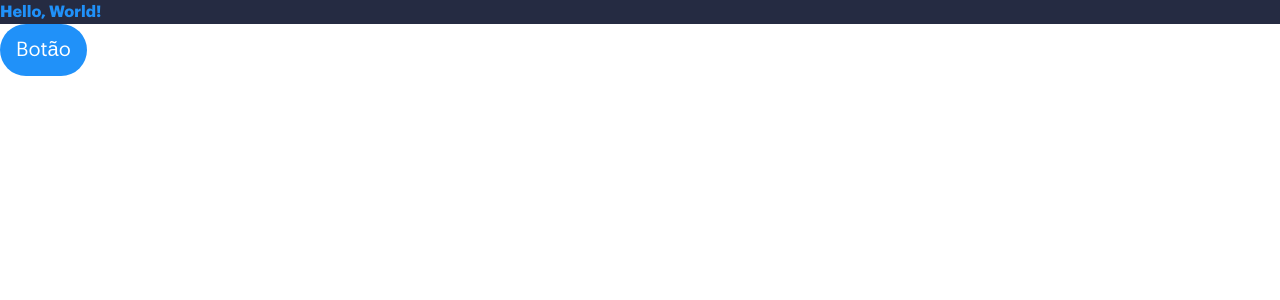
Repository: SK3010z/figmaland-tailwind
Page: /
The author's editor kept a copy of each file at every save. The page is drawn from the files as they stood at one save, then again after the next save.
The browser window is 1280 px wide. The pictures show the whole page.
The project was rebuilt for these pictures with package versions that can differ from the ones it lists, and the page was loaded fresh each time. Also part of the build but not shown: vite.config.js, src/mediaQueries.jsx.

Above is the page before, as saved 2024-08-16 14:09:37.

### index.html
<!doctype html>
<html lang="en">
  <head>
    <meta charset="UTF-8" />
    <link rel="icon" type="image/svg+xml" href="/vite.svg" />
    <meta name="viewport" content="width=device-width, initial-scale=1.0" />
    <title>FigmaLand</title>
  </head>
  <body>
    <div id="root"></div>
    <script type="module" src="/src/main.jsx"></script>
  </body>
</html>

### src/main.jsx
import { StrictMode } from 'react'
import { createRoot } from 'react-dom/client'
import App from './App.jsx'
import MediaQueries from './mediaQueries.jsx'
import './index.css'

createRoot(document.getElementById('root')).render(
  <StrictMode>
    <App/>
  </StrictMode>,
)

### src/App.jsx
import { Button } from "./components/Button"

function App() {
  return (
    <>
      <h1 className="text-primary bg-darkBrackground font-graphik-bold">Hello, World!</h1>
      <Button>Botão</Button>
    </>
  )
}

export default App

### src/index.css
@tailwind base;
@tailwind components;
@tailwind utilities;

@font-face {
  font-family: "Graphik-bold";
  src: url(./fonts/Graphik/Graphik-Bold-Trial.otf) format("opentype");
  font-style: normal;
  font-display: swap;
}
@font-face {
  font-family: "Graphik";
  src: url(./fonts/Graphik/Graphik-Regular-Trial.otf) format("opentype");
  font-style: normal;
  font-display: swap;
}

### src/components/Button/index.jsx
export const Button = ({children, variant = 'primary'}) => {
  return (
    <button
      className={`flex items-center justify-center p-4 rounded-full bg-primary font-graphik text-xl leading-5
        ${variant === "primary"
            ? 'bg-primary text-white'
            : 'bg-white text-primary'
        }
      `}
    >
      {children}
    </button>
  );
};

### tailwind.config.js
/** @type {import('tailwindcss').Config} */
export default {
  content: [
    "./index.html",
    "./src/**/*.{js,ts,jsx,tsx}",
  ],
  theme: {
    extend: {
      fontFamily: {
        graphik: ['Graphik','sans-serif'],
        'graphik-bold': ['Graphik-bold','sans-serif']
      },
      colors: {
        primary: '#2091F9',
        text: '#252B42',
        decondaryText: '#374754',
        darkBrackground: '#252B42'
      }
    },
  },
  plugins: [],
}

After the next save:
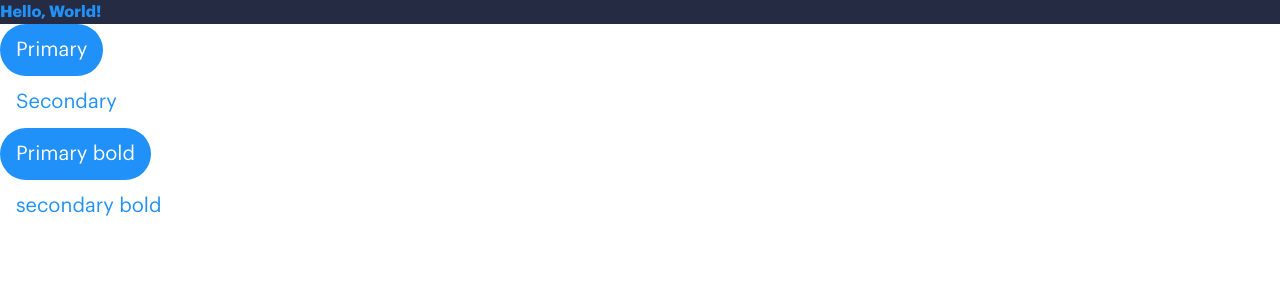
Saved 29 s later.
--- a/src/App.jsx
+++ b/src/App.jsx
@@ -4,7 +4,10 @@
   return (
     <>
       <h1 className="text-primary bg-darkBrackground font-graphik-bold">Hello, World!</h1>
-      <Button>Botão</Button>
+      <Button>Primary</Button>
+      <Button variant="secondary">Secondary</Button>
+      <Button>Primary bold</Button>
+      <Button variant="secondary">secondary bold</Button>
     </>
   )
 }
